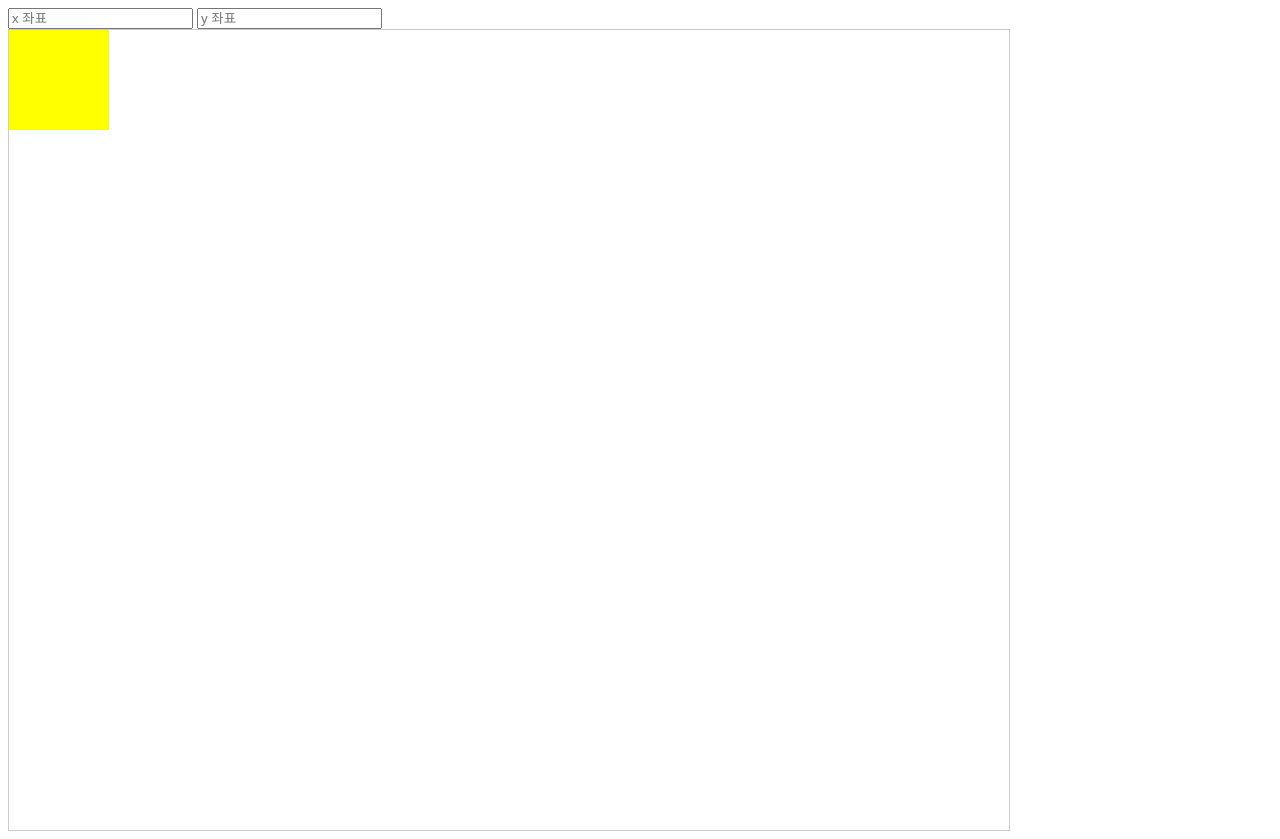
Repository: mjh1583/Hustar03_eGov
Page: http://localhost/JavaScript/js011.jsp
The author's editor kept a copy of each file at every save. The page is drawn from the files as they stood at one save, then again after the next save.
The browser window is 1280 px wide. The pictures show the whole page.
The page is served by Tomcat 9.

Above is the page before, as saved 2021-05-07 01:56:43.

After the next save:
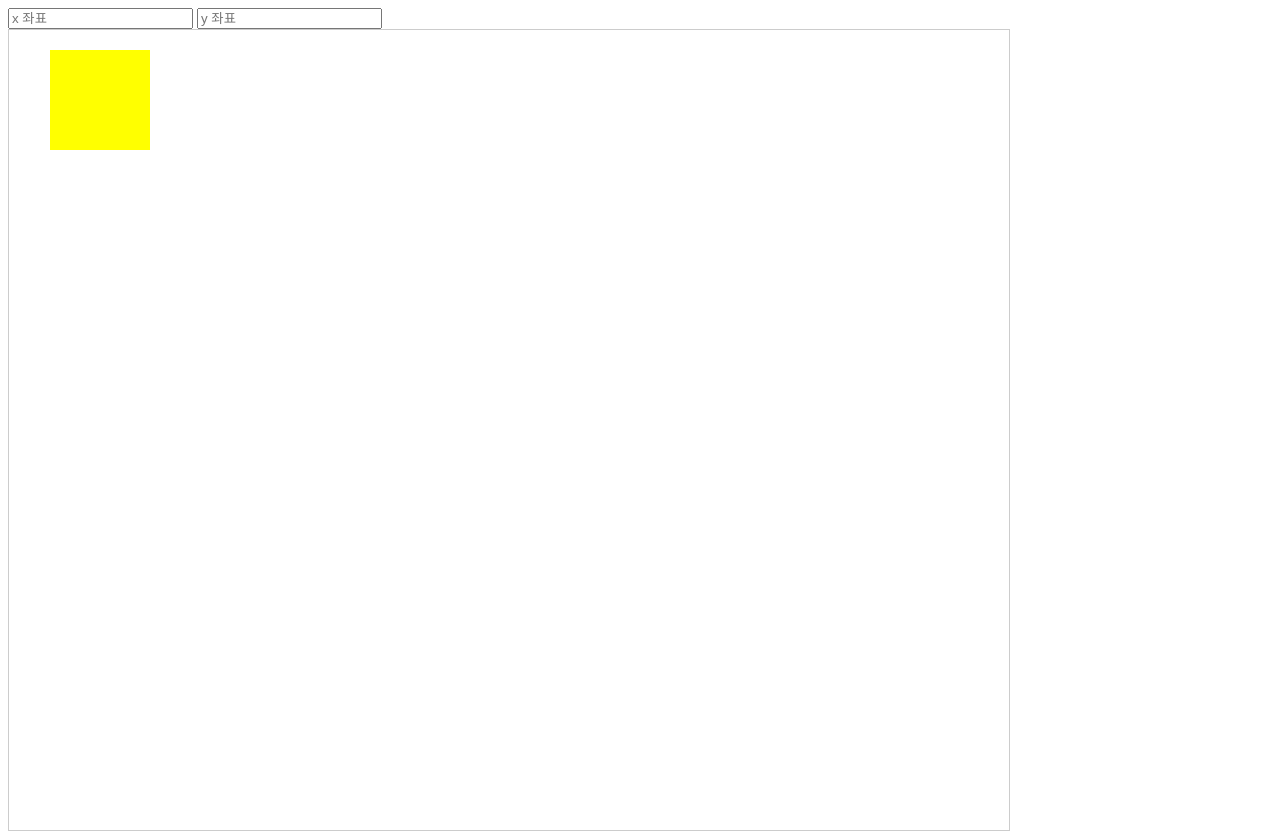
Saved 36 s later.
--- a/workspace/JavaScript/src/main/webapp/js011.jsp
+++ b/workspace/JavaScript/src/main/webapp/js011.jsp
@@ -13,7 +13,7 @@
 	</div>
 
 	<div style="width: 1000px; height: 800px; border: 1px solid #ccc;" id="contentsArea">
-		<div id="div1" style="width: 100px; height: 100px; background-color: yellow;"></div>
+		<div id="div1" style="width: 100px; height: 100px; background-color: yellow; position: absolute; top: 50px; left: 50px;"></div>
 	</div>
 
 	<script src="https://code.jquery.com/jquery-3.6.0.js"></script>
